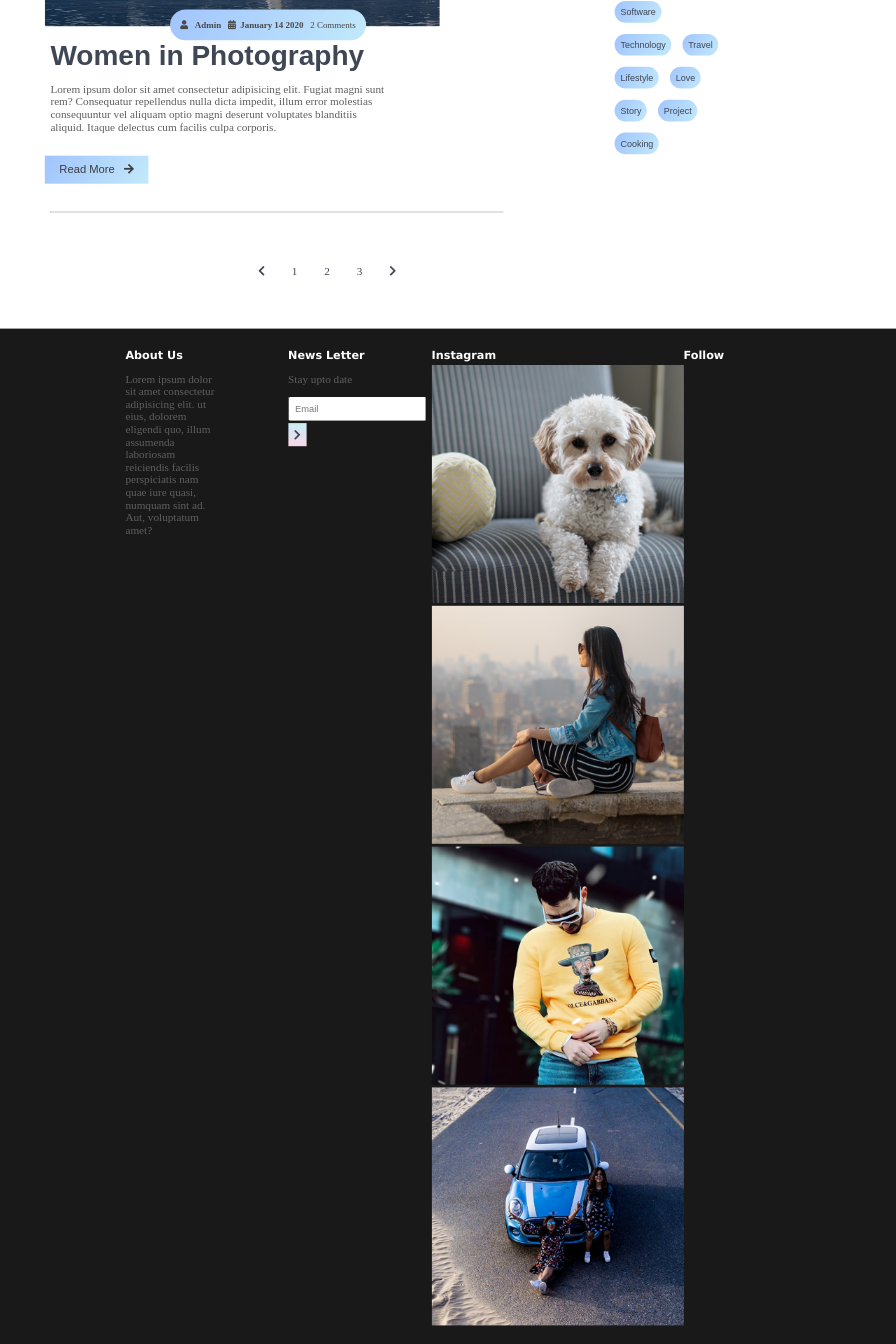
Repository: premjawaharp/Blogsite
Page: index.html
An editor plug-in stored every save of this project. The page is shown before and after the next save, followed by the edit.
The browser window is 1280 px wide. The pictures show the part of the page from y = 3339 to 5259 px (the page is 5259 px tall before and 5243 px after), at 70% of full size.

Above is the page before, as saved 2020-09-18 16:18:38.

After the next save:
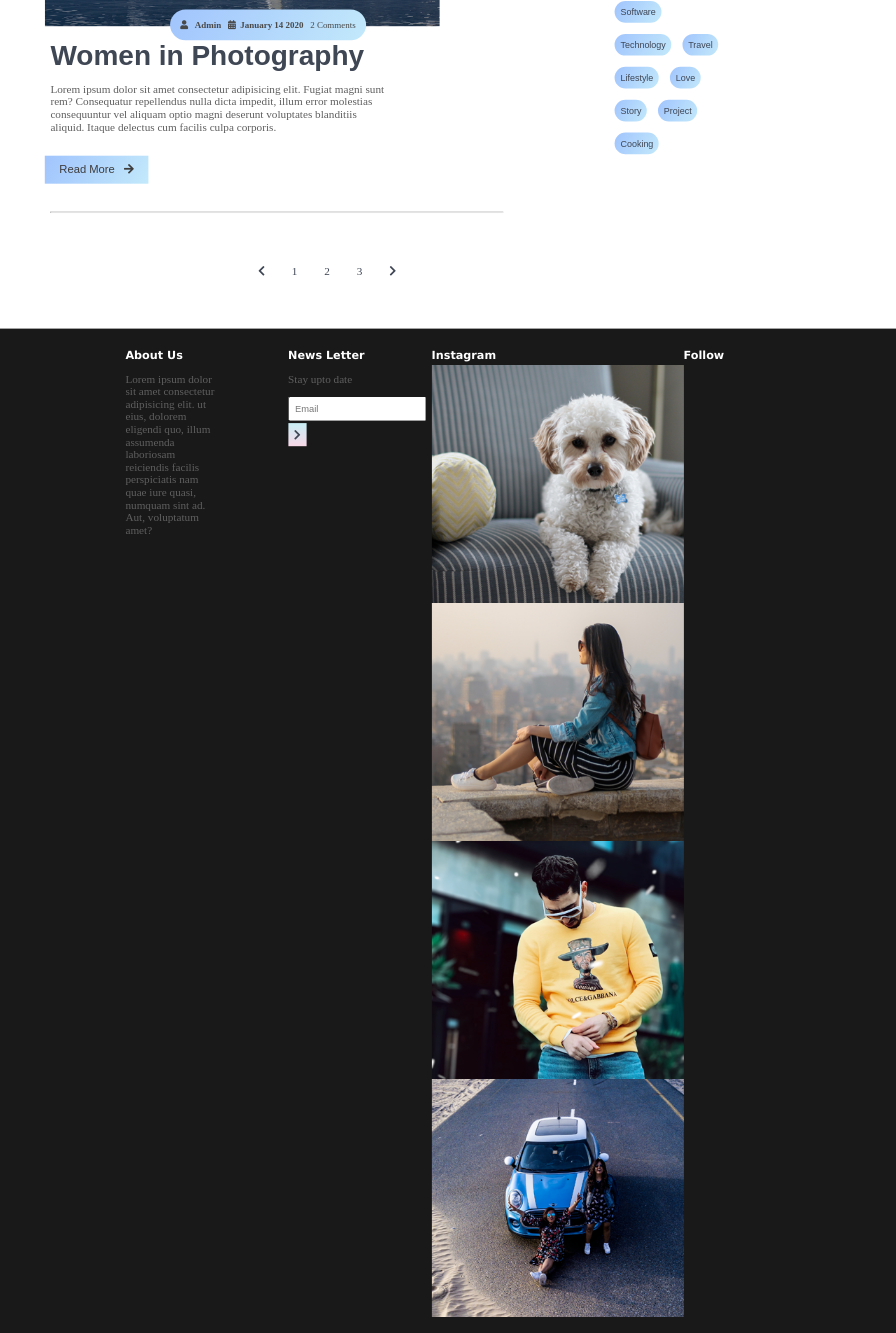
Saved 5 s later.
--- a/css/style.css
+++ b/css/style.css
@@ -495,7 +495,7 @@ main .news-letter .news-form .new-form-btn {
 }
 
 .instagram .insta-images{
-    display: inline;
+    display: flex;
     flex-direction: row;
 }
 /* --x-- footer --x-- */
